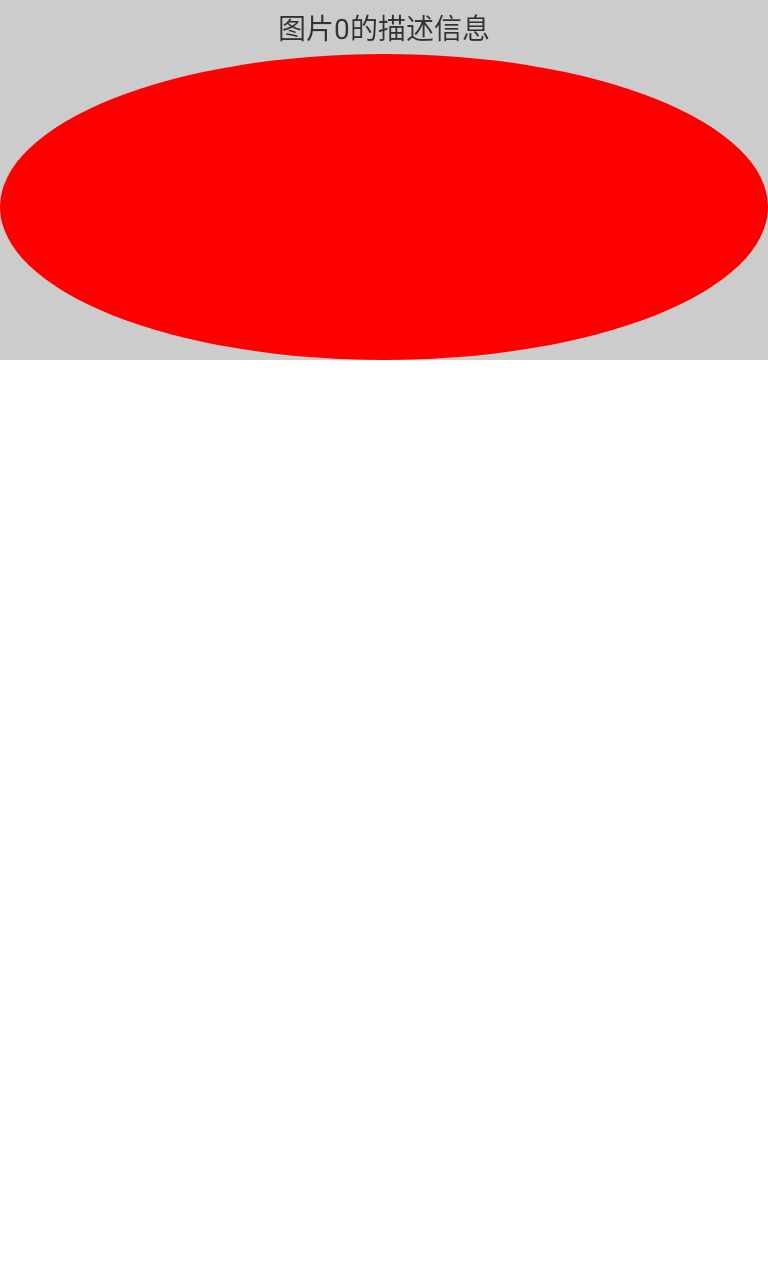
Repository: ASmouse/View
Layout: 01_ViewPager14/res/layout/activity_main.xml
The author's editor kept a copy of each file at every save. The layout is drawn from the files as they stood at one save, then again after the next save.
It is drawn on a 768 x 1280 px phone screen (xhdpi) without system bars, with theme AppTheme; the app's code is not run. Lists and similar views that code fills are empty.

Above is the layout before, as saved 2015-10-24 01:53:31.

After the next save:
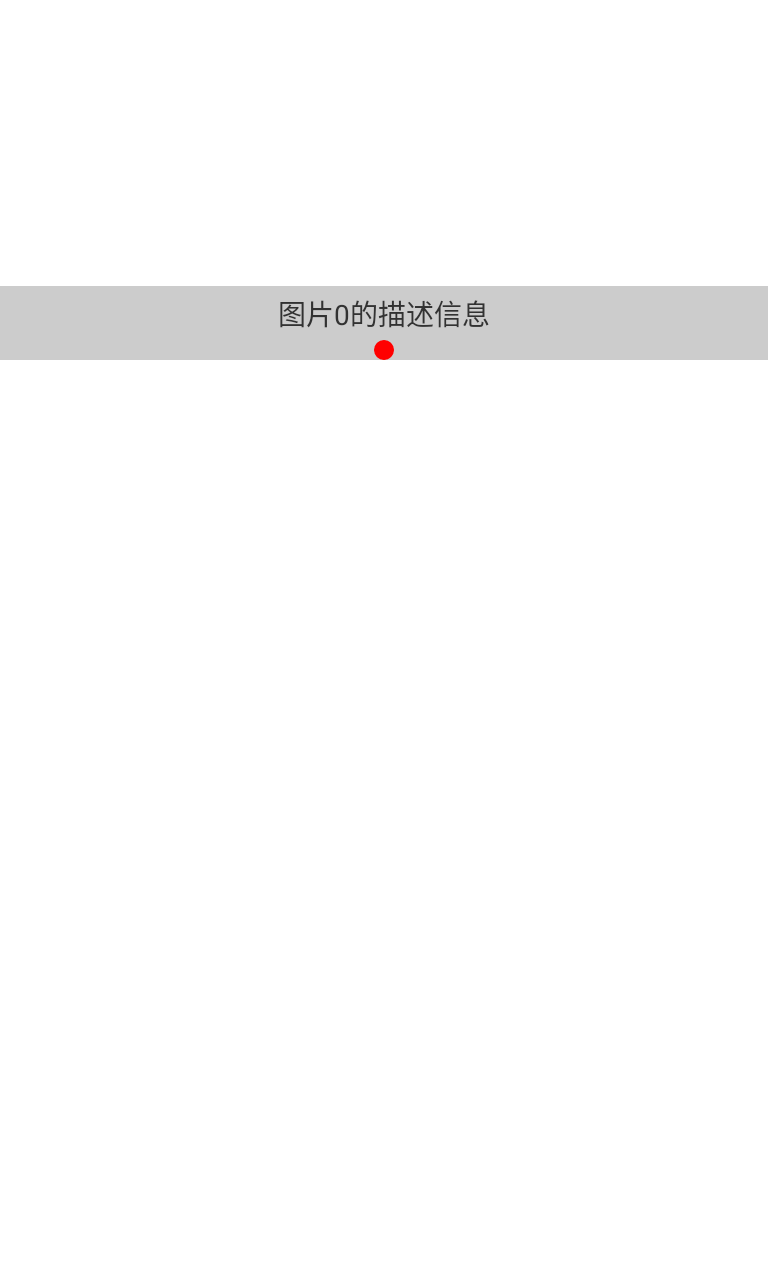
Saved 16 s later.
--- a/01_ViewPager14/res/layout/activity_main.xml
+++ b/01_ViewPager14/res/layout/activity_main.xml
@@ -39,8 +39,8 @@
                 android:layout_width="wrap_content"
                 android:layout_height="wrap_content"
                 android:orientation="horizontal" >
-                <View android:layout_width="wrap_content"
-                    android:layout_height="wrap_content"
+                <View android:layout_width="10dip"
+                    android:layout_height="10dip"
                     android:background="@drawable/red_point"/>
             </LinearLayout>
         </LinearLayout>
